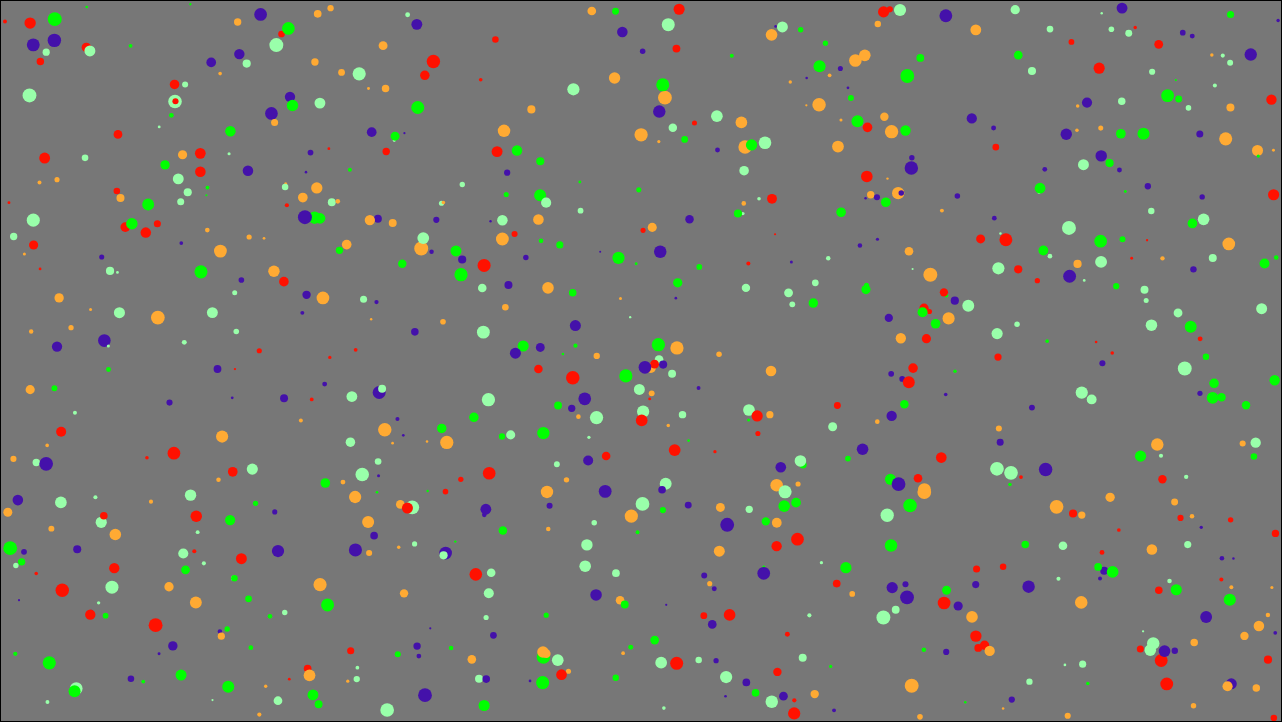
Repository: tenlekdan/particle-effect
Page: inidex.html
These files come from the project's save history. The page is drawn as it stood at one moment and after the next save; the edit follows.
The browser window is 1280 px wide. The page is 1282 px wide, then 1280 px, then 1282 px, so the pictures cover 1282 px, including what lies to the right of the window. The pictures show the whole page.

Above is the page before, as saved 2019-12-26 23:21:44.

### inidex.html
<!DOCTYPE html>
<html lang="en">

<head>
    <meta charset="UTF-8">
    <meta name="viewport" content="width=device-width, initial-scale=1.0">
    <meta http-equiv="X-UA-Compatible" content="ie=edge">
    <title>Document</title>
    <style type="text/css">
        *{
            margin: 0;
            padding: 0;
            box-sizing: inherit;
        }
        html{
            font-size: 60.2%;
        }

        body{
            font-size: 1rem;
            font-family: 'Courier New', Courier, monospace;
            box-sizing: border-box;
        }
        canvas {
            border: solid 1px;
            background-color: #777;
        }
    </style>
</head>

<body>
    <canvas></canvas>

    <script src="canvas.js"></script>

</body>

</html>

### canvas.js


(function () {
    var canvas = document.querySelector('canvas');

    canvas.width = window.innerWidth;
    canvas.height = window.innerHeight;

    var c = canvas.getContext('2d');
    // c.fillRect(x, y, width, height);
    // c.fillRect(100, 100, 50, 50);

    // // lines
    // c.beginPath();
    // c.moveTo(10, 170);
    // c.lineTo(100, 300);
    // c.stroke();

    let mouse = {
        x: undefined,
        y: undefined
    }

    window.addEventListener('mousemove', function (event) {
        mouse.x = event.x;
        mouse.y = event.y;
    })


    var maxRad = 50;
    var minRad = 3;
    var colorList = [
        "#ffaa33",
        "#99ffaa",
        "#00ff00",
        "#4411aa",
        "#ff1100"
    ];

    function Circle(x, y, dx, dy, radius) {
        this.x = x;
        this.y = y;
        this.dx = dx;
        this.dy = dy;
        this.radius = radius;
        this.minRad = radius;
        this.color = colorList[Math.floor(Math.random() * colorList.length)];
        this.draw = function () {
            //draw circle
            c.beginPath();
            c.arc(this.x, this.y, this.radius, 0, Math.PI * 2, false);
            // c.strokeStyle = 'blue';
            c.fillStyle = this.color;
            c.fill();
            // c.stroke();
        }

        this.update = function () {
            if (this.x + this.radius > innerWidth || this.x - this.radius <= 0) {
                this.dx = -this.dx;
            }
            if (this.y + this.radius > innerHeight || this.y - this.radius <= 0) {
                this.dy = -this.dy;
            }

            this.x += this.dx;
            this.y += this.dy;

            //interactivity
            if (mouse.x - this.x < 50 && mouse.x - this.x > -50 &&
                mouse.y - this.y < 50 && mouse.y - this.y > -50) {
                if (this.radius < maxRad)
                    this.radius += 1;
            }
            else if (this.radius > this.minRad) {
                this.radius -= 1;
            }


            this.draw();
        }
    }


    let circleList = [];

    for (let i = 0; i < 800; i++) {
        let radius = Math.random() * 6 + 1;
        let x = Math.random() * (innerWidth - radius * 2) + radius;
        let y = Math.random() * (innerHeight - radius * 2) + radius;
        let dx = (Math.random() - .5) * 3;
        let dy = (Math.random() - .5) * 3;

        circleList.push(new Circle(x, y, dx, dy, radius));
    }

    var circle = new Circle(300, 300, 5, 5, 30);

    var animate = () => {
        requestAnimationFrame(animate);
        c.clearRect(0, 0, innerWidth, innerHeight);
        for (let i = 0; i < circleList.length; i++) {
            circleList[i].update();
        }
    }

    animate();
})();

After the next save:
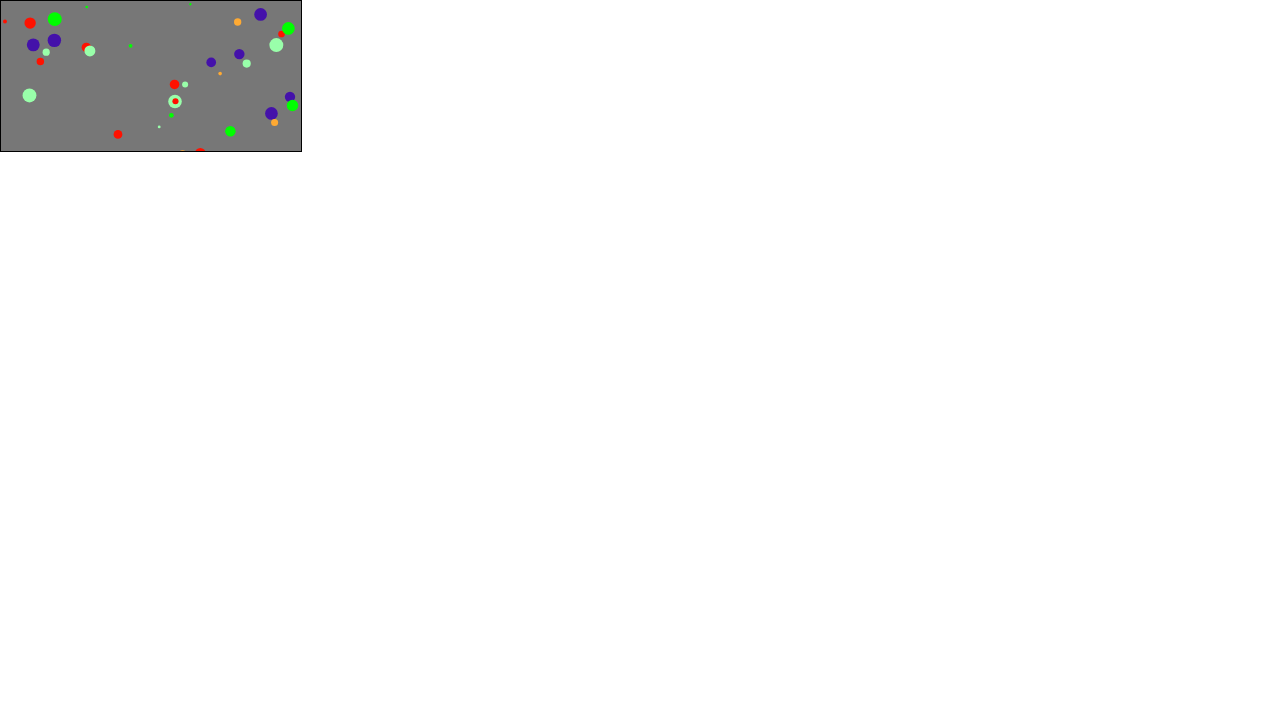
Saved 2 min 0 s later.
--- a/canvas.js
+++ b/canvas.js
@@ -2,24 +2,16 @@
 
 (function () {
     var canvas = document.querySelector('canvas');
-
-    canvas.width = window.innerWidth;
-    canvas.height = window.innerHeight;
-
     var c = canvas.getContext('2d');
-    // c.fillRect(x, y, width, height);
-    // c.fillRect(100, 100, 50, 50);
-
-    // // lines
-    // c.beginPath();
-    // c.moveTo(10, 170);
-    // c.lineTo(100, 300);
-    // c.stroke();
-
     let mouse = {
         x: undefined,
         y: undefined
     }
+
+    window.addEventListener('resize', function () {
+        canvas.width = window.innerWidth;
+        canvas.height = window.innerHeight;
+    });
 
     window.addEventListener('mousemove', function (event) {
         mouse.x = event.x;

After the save that followed:
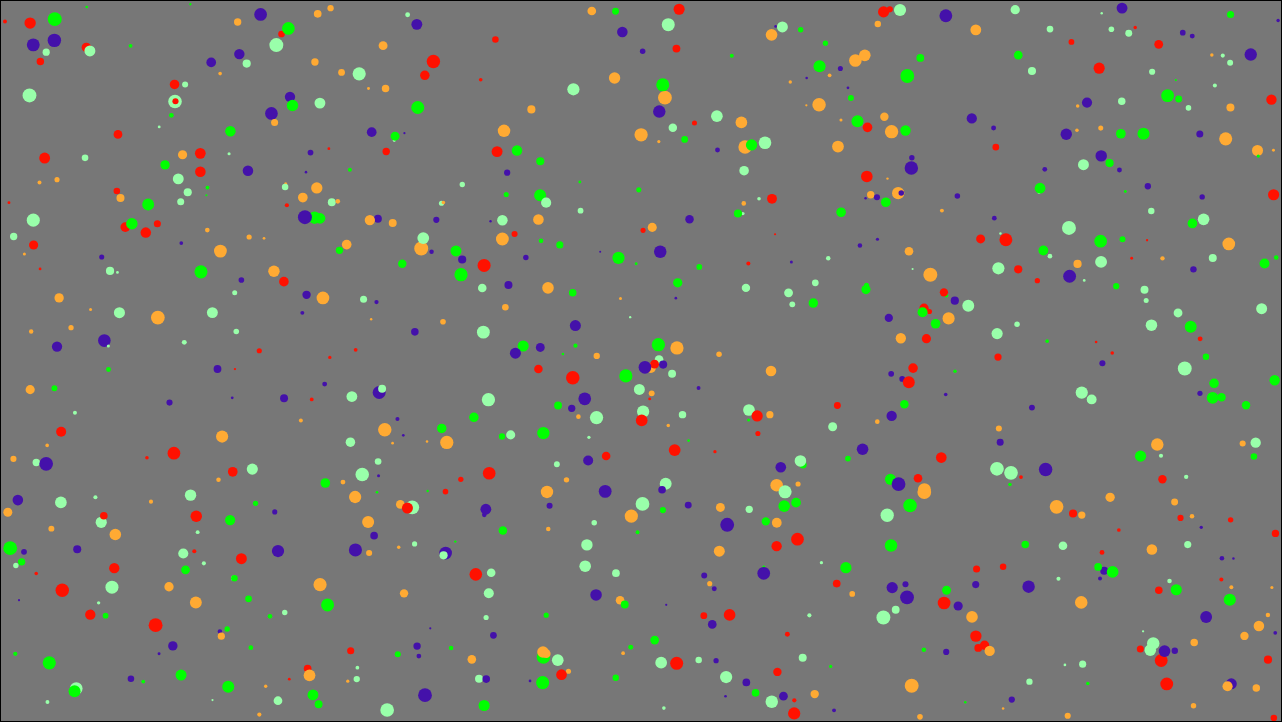
Saved 38 s later.
--- a/canvas.js
+++ b/canvas.js
@@ -2,6 +2,8 @@
 
 (function () {
     var canvas = document.querySelector('canvas');
+    canvas.width = window.innerWidth;
+    canvas.height = window.innerHeight;
     var c = canvas.getContext('2d');
     let mouse = {
         x: undefined,
